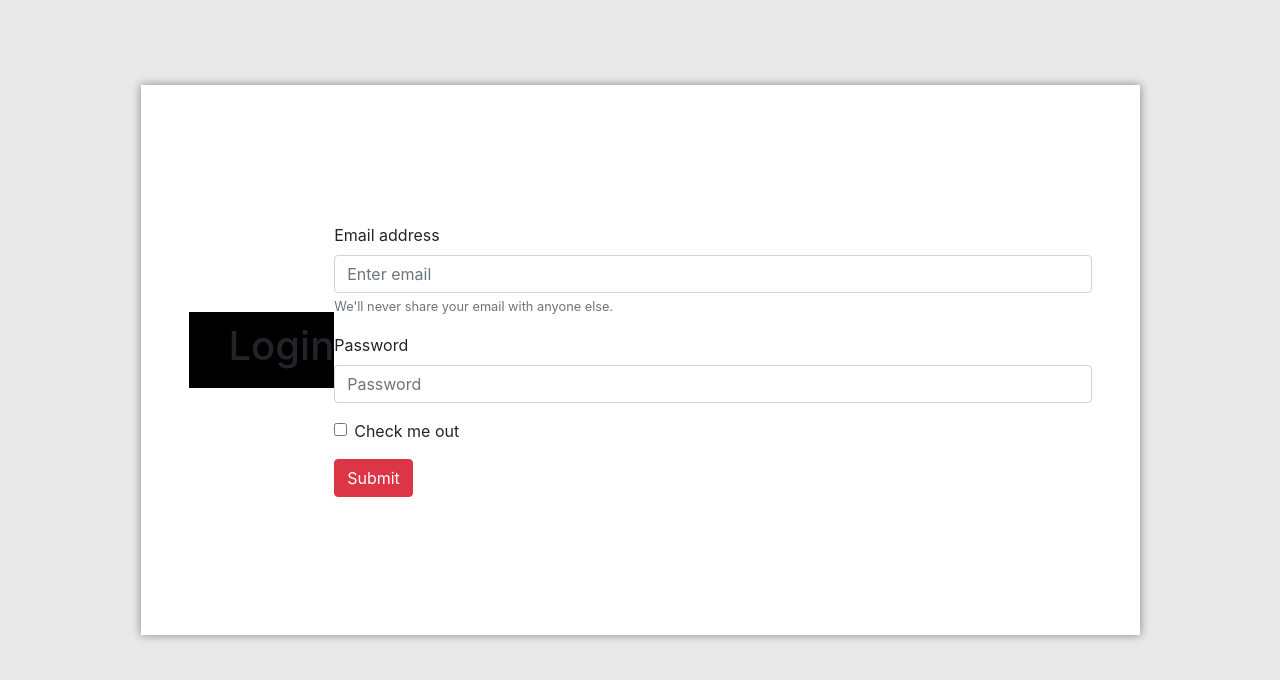
Repository: tts2610/itviec-clone
Page: /login
An editor plug-in stored every save of this project. The page is shown before and after the next save, followed by the edit.
The browser window is 1280 px wide. The pictures show the whole page.
Some web libraries are served in a nearby version. The project was rebuilt for these pictures with package versions that can differ from the ones it lists, and the page was loaded fresh each time. Also part of the build but not shown: src/pages/Jobs.js, src/pages/Detail.js, src/pages/404.js.

Above is the page before, as saved 2020-06-10 11:28:43.

### public/index.html
<!DOCTYPE html>
<html lang="en">

<head>
    <meta charset="utf-8" />
    <link rel="icon" href="%PUBLIC_URL%/favicon.ico" />
    <meta name="viewport" content="width=device-width, initial-scale=1" />
    <meta name="theme-color" content="#000000" />
    <meta name="description" content="Web site created using create-react-app" />
    <link rel="apple-touch-icon" href="%PUBLIC_URL%/logo192.png" />
    <!--
      manifest.json provides metadata used when your web app is installed on a
      user's mobile device or desktop. See https://developers.google.com/web/fundamentals/web-app-manifest/
    -->
    <link rel="manifest" href="%PUBLIC_URL%/manifest.json" />
    <!--
      Notice the use of %PUBLIC_URL% in the tags above.
      It will be replaced with the URL of the `public` folder during the build.
      Only files inside the `public` folder can be referenced from the HTML.

      Unlike "/favicon.ico" or "favicon.ico", "%PUBLIC_URL%/favicon.ico" will
      work correctly both with client-side routing and a non-root public URL.
      Learn how to configure a non-root public URL by running `npm run build`.
    -->
    <title>React App</title>
    <link rel="stylesheet" crossorigin="anonymous" href="https://maxcdn.bootstrapcdn.com/bootstrap/4.3.1/css/bootstrap.min.css" integrity="sha384-ggOyR0iXCbMQv3Xipma34MD+dH/1fQ784/j6cY/iJTQUOhcWr7x9JvoRxT2MZw1T" />
    <link rel="stylesheet" href="https://pro.fontawesome.com/releases/v5.10.0/css/all.css" integrity="sha384-AYmEC3Yw5cVb3ZcuHtOA93w35dYTsvhLPVnYs9eStHfGJvOvKxVfELGroGkvsg+p" crossorigin="anonymous" />
</head>

<body>
    <noscript>You need to enable JavaScript to run this app.</noscript>
    <div id="root"></div>
    <!--
      This HTML file is a template.
      If you open it directly in the browser, you will see an empty page.

      You can add webfonts, meta tags, or analytics to this file.
      The build step will place the bundled scripts into the <body> tag.

      To begin the development, run `npm start` or `yarn start`.
      To create a production bundle, use `npm run build` or `yarn build`.
    -->
</body>

</html>

### src/App.js
import React, { useState } from "react";
import "./App.css";
import "bootstrap/dist/css/bootstrap.min.css";
import { Switch, Route, Redirect } from "react-router-dom";
import Jobs from "./pages/Jobs";
import Login from "./pages/Login";
import Detail from "./pages/Detail";
import FourOhFourPage from "./pages/404";

function App() {
  const [user, setUser] = useState(true);
  const ProtectedRoute = (props) => {
    if (user === true) {
      return <Route {...props} />;
    } else {
      return <Redirect to="/login" />;
    }
  };

  return (
    <div className="App">
      <Switch>
        <ProtectedRoute
          path="/jobs/:id"
          render={(props) => <Detail {...props} />}
          // component={Detail}
        />
        {/* <Route path="/jobs/:id" component={Detail} /> */}
        <Route path="/jobs" exact={true} component={Jobs} />
        <Route path="/login" component={Login} />
        <Route path="/" exact={true} component={Jobs} />
        <Route path="*" exact={true} component={FourOhFourPage} />
      </Switch>
    </div>
  );
}

export default App;

### src/App.css
.App {
    /* text-align: center; */
    background-color: #e9e9e9 !important;
    height: max-content;
}

body {
    background-color: #e9e9e9 !important;
}

.App-logo {
    height: 40vmin;
    pointer-events: none;
}

@media (prefers-reduced-motion: no-preference) {
    .App-logo {
        animation: App-logo-spin infinite 20s linear;
    }
}


/*
@media screen and (max-width: 600px) {
    nav {
        height: 600px;
    }
} */

.App-header {
    background-color: #282c34;
    min-height: 100vh;
    display: flex;
    flex-direction: column;
    align-items: center;
    justify-content: center;
    font-size: calc(10px + 2vmin);
    color: white;
}

.App-link {
    color: #61dafb;
}

@keyframes App-logo-spin {
    from {
        transform: rotate(0deg);
    }
    to {
        transform: rotate(360deg);
    }
}

.desRow div ul li {
    width: 350px;
    text-overflow: ellipsis;
    list-style-type: circle;
}

.detail-content {
    min-height: 550px;
    background-color: white;
    width: 90%;
    box-shadow: 0px 0px 9px 0px rgba(33, 33, 33, .5);
}

Container {
    max-width: 50% !important;
}

.has-search .form-control {
    padding-left: 2.375rem;
    height: 60px;
    width: 450px !important;
}

.cityBox {
    height: 60px;
    width: 250px;
    background-color: white;
    border-radius: 4px;
}

.has-search .form-control-feedback {
    position: absolute;
    z-index: 2;
    display: block;
    width: 2.375rem;
    height: 2.375rem;
    line-height: 2.375rem;
    text-align: center;
    pointer-events: none;
    color: #aaa;
}

#rowJob {
    border-top: 2px solid #e7e7e7;
    border-bottom: 2px solid #e7e7e7;
    transition: all 0.25s ease;
    padding: 25px;
}

#rowJob:hover {
    box-shadow: 0px 0px 9px 0px rgba(33, 33, 33, .5);
}

.jobRows {
    background-color: white;
}

.login-title-box {
    align-items: center;
    background: #000;
    display: flex;
    justify-content: center;
    margin-bottom: 20px;
    padding-top: 10px;
    padding-bottom: 10px;
}

### src/pages/Login.js
import React, { useEffect, useState } from "react";
import { Container, Row, Col, Button, Spinner, Form } from "react-bootstrap";

export default function Login() {
  const [isLoading, setIsLoading] = useState(true);
  useEffect(() => {
    setTimeout(() => setIsLoading(false), 1500);
  });
  if (isLoading) {
    return (
      <div
        style={{
          display: "flex",
          justifyContent: "center",
          alignItems: "center",
          height: "100vh",
        }}
      >
        <Spinner animation="border" role="status">
          <span className="sr-only"></span>
        </Spinner>
      </div>
    );
  }

  return (
    <div>
      <Container
        style={{
          display: "flex",
          justifyContent: "center",
          alignItems: "center",
          height: "100vh",
        }}
      >
        <div
          className="detail-content py-5 px-5"
          style={{ display: "flex", alignItems: "center" }}
        >
          <div class="login-title-box">
            <img
              src="https://itviec.com/favicon-96x96.png"
              width="40px"
              alt=""
            ></img>
            <h1 class="login-title">Login</h1>
          </div>
          <Form style={{ width: "-webkit-fill-available" }}>
            <Form.Group controlId="formBasicEmail">
              <Form.Label>Email address</Form.Label>
              <Form.Control type="email" placeholder="Enter email" />
              <Form.Text className="text-muted">
                We'll never share your email with anyone else.
              </Form.Text>
            </Form.Group>

            <Form.Group controlId="formBasicPassword">
              <Form.Label>Password</Form.Label>
              <Form.Control type="password" placeholder="Password" />
            </Form.Group>
            <Form.Group controlId="formBasicCheckbox">
              <Form.Check type="checkbox" label="Check me out" />
            </Form.Group>
            <Button variant="danger" type="submit">
              Submit
            </Button>
          </Form>
        </div>
      </Container>
    </div>
  );
}

Loaded but not shown: src/index.js (common file); src/index.css (common file); src/serviceWorker.js (common file)

After the next save:
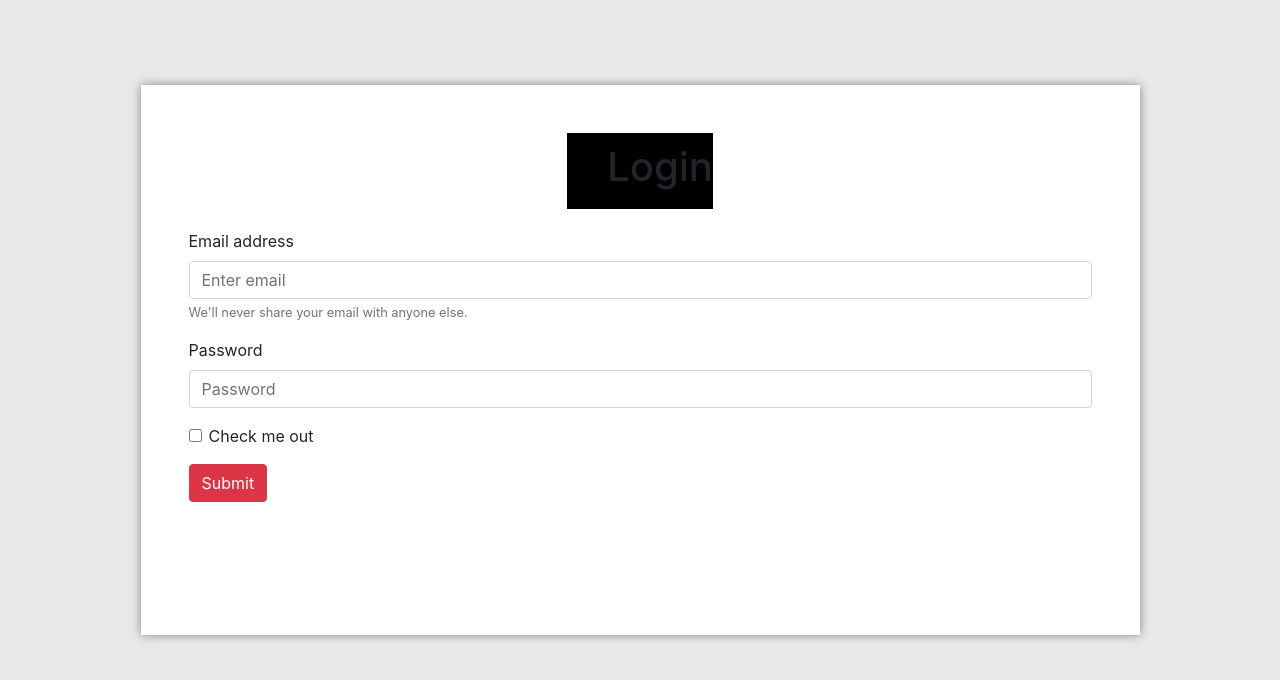
Saved 48 s later.
--- a/src/pages/Login.js
+++ b/src/pages/Login.js
@@ -35,7 +35,11 @@ export default function Login() {
       >
         <div
           className="detail-content py-5 px-5"
-          style={{ display: "flex", alignItems: "center" }}
+          style={{
+            display: "flex",
+            alignItems: "center",
+            flexDirection: "column",
+          }}
         >
           <div class="login-title-box">
             <img
